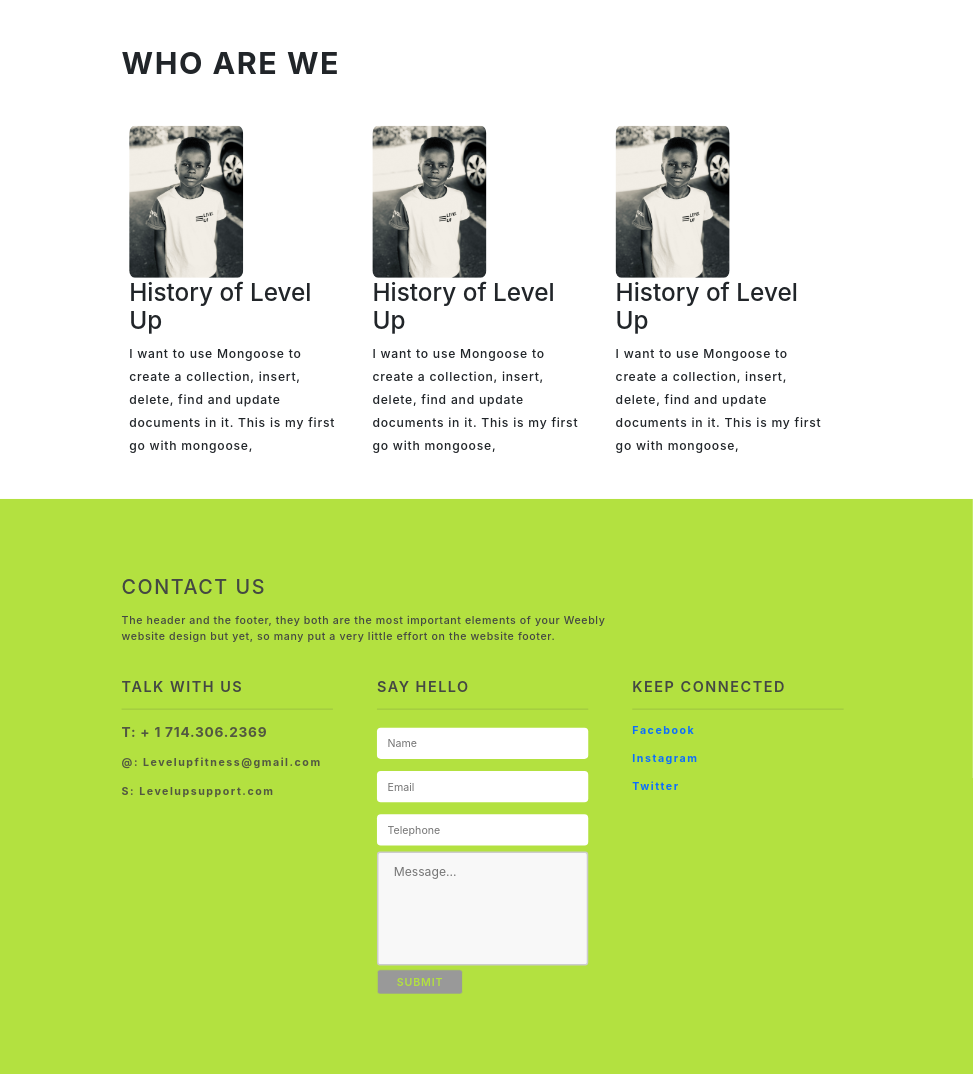
Repository: Bojurie/Level-up
Page: /about (app in client/)
An editor plug-in stored every save of this project. The page is shown before and after the next save, followed by the edit.
The browser window is 1280 px wide. The pictures show the part of the page from y = 314 to 1901 px (the page is 1728 px tall before and 1901 px after), at 76% of full size.
Some web fonts or font styles are not loaded; a fallback is used. Some web libraries are served in a nearby version. The project was rebuilt for these pictures with package versions that can differ from the ones it lists, and the page was loaded fresh each time. Also part of the build but not shown: client/src/components/Carousel.js, client/src/components/HomeVlog.css, client/src/components/HomeVlog.js, client/src/components/homeProducts.css, client/src/components/HomeProducts.js, client/src/components/Card.js, client/src/components/HomeShop.css, client/src/components/HomeShop.js and 10 more. Imported but missing from the stored project, and not drawn on this page: client/src/components/Chart.

Above is the page before, as saved 2022-11-30 16:07:03.

After the next save:
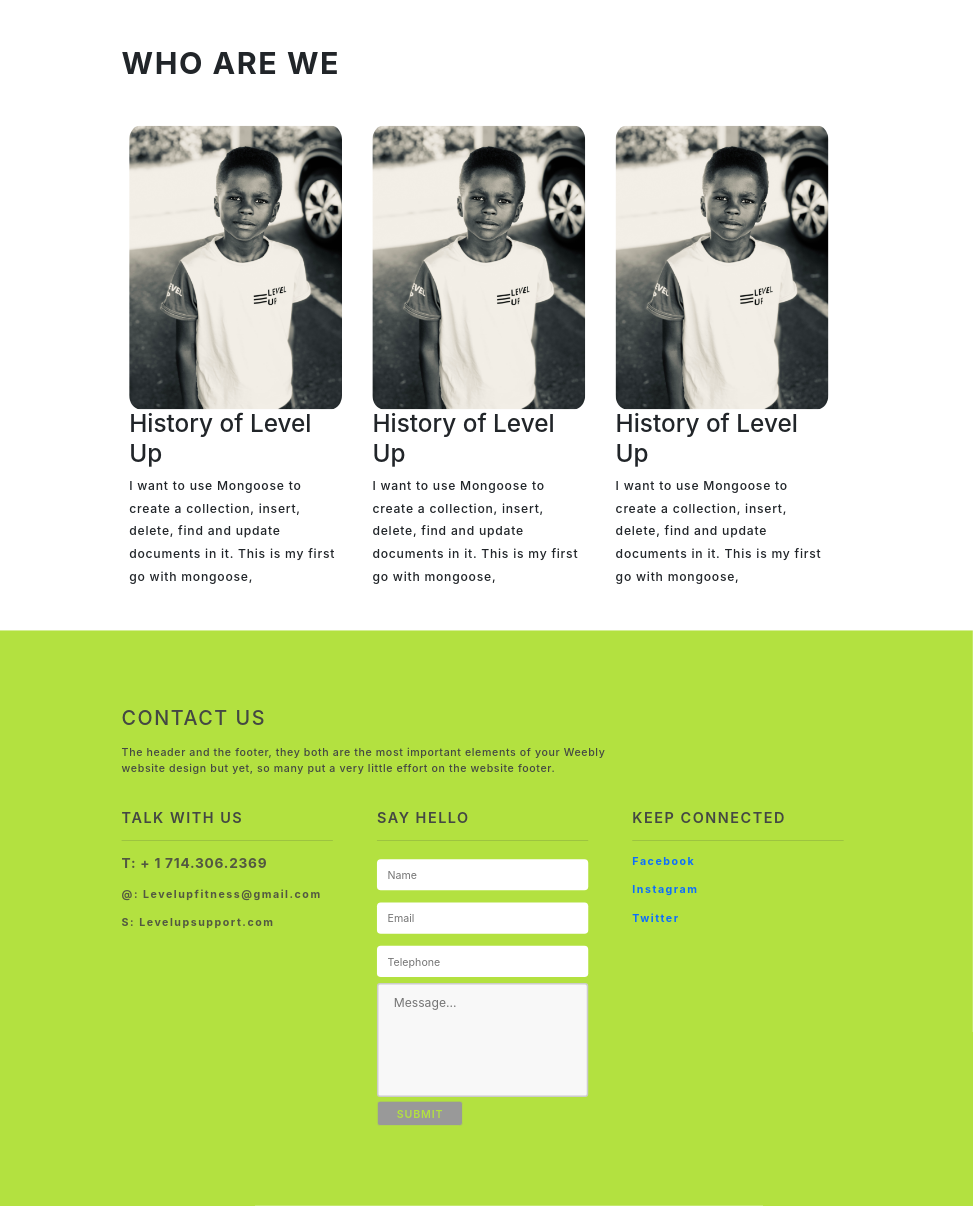
Saved 9 s later.
--- a/client/src/pages/About.css
+++ b/client/src/pages/About.css
@@ -35,5 +35,4 @@
 }
 
 .history-img {
-  height: 200px;
 }
